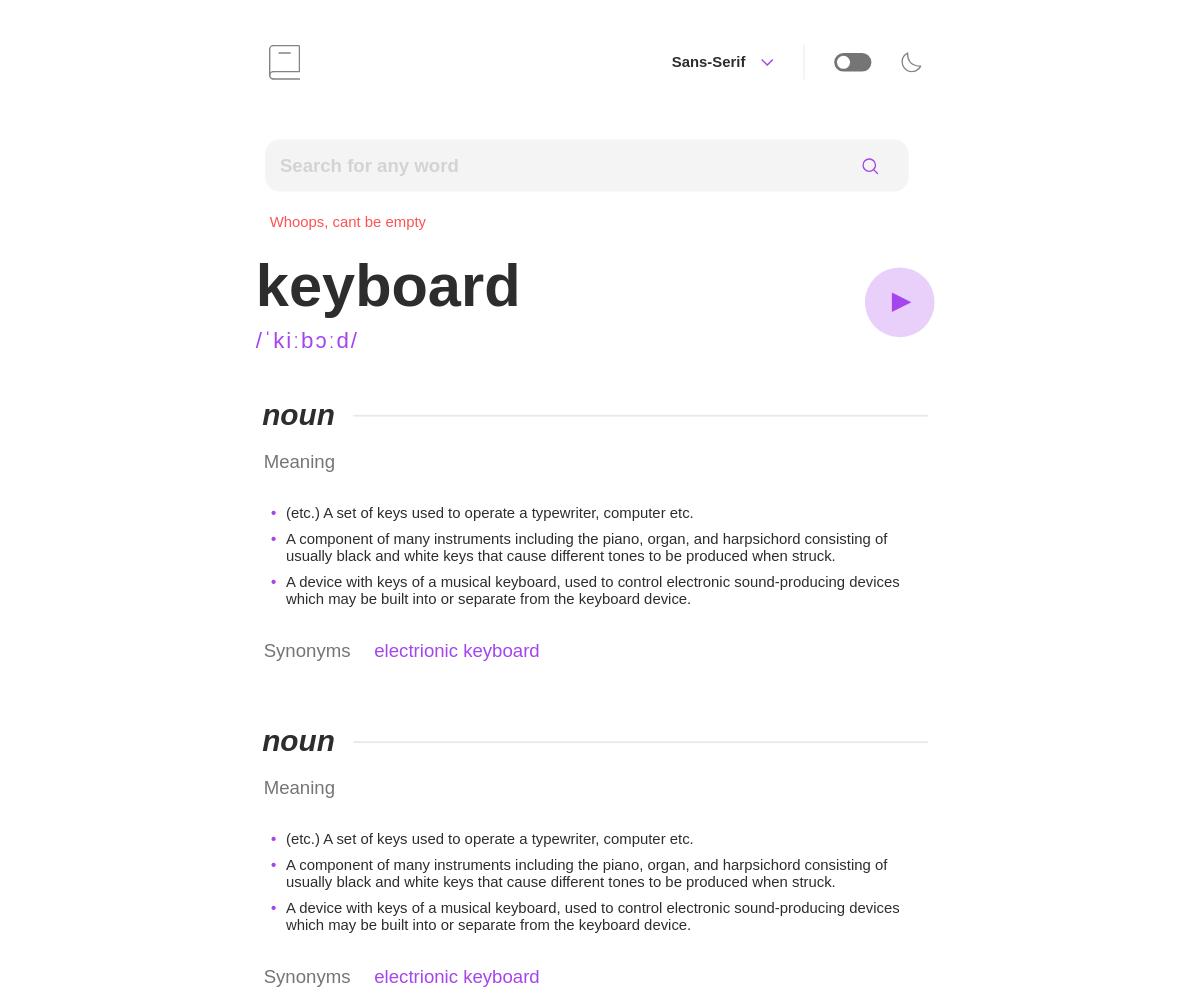
Repository: Arkitecth/dictionary-app
Page: index.html
An editor plug-in stored every save of this project. The page is shown before and after the next save, followed by the edit.
The browser window is 1280 px wide. The pictures show the whole page, at 93% of full size.

Above is the page before, as saved 2023-07-21 17:44:40.

After the next save:
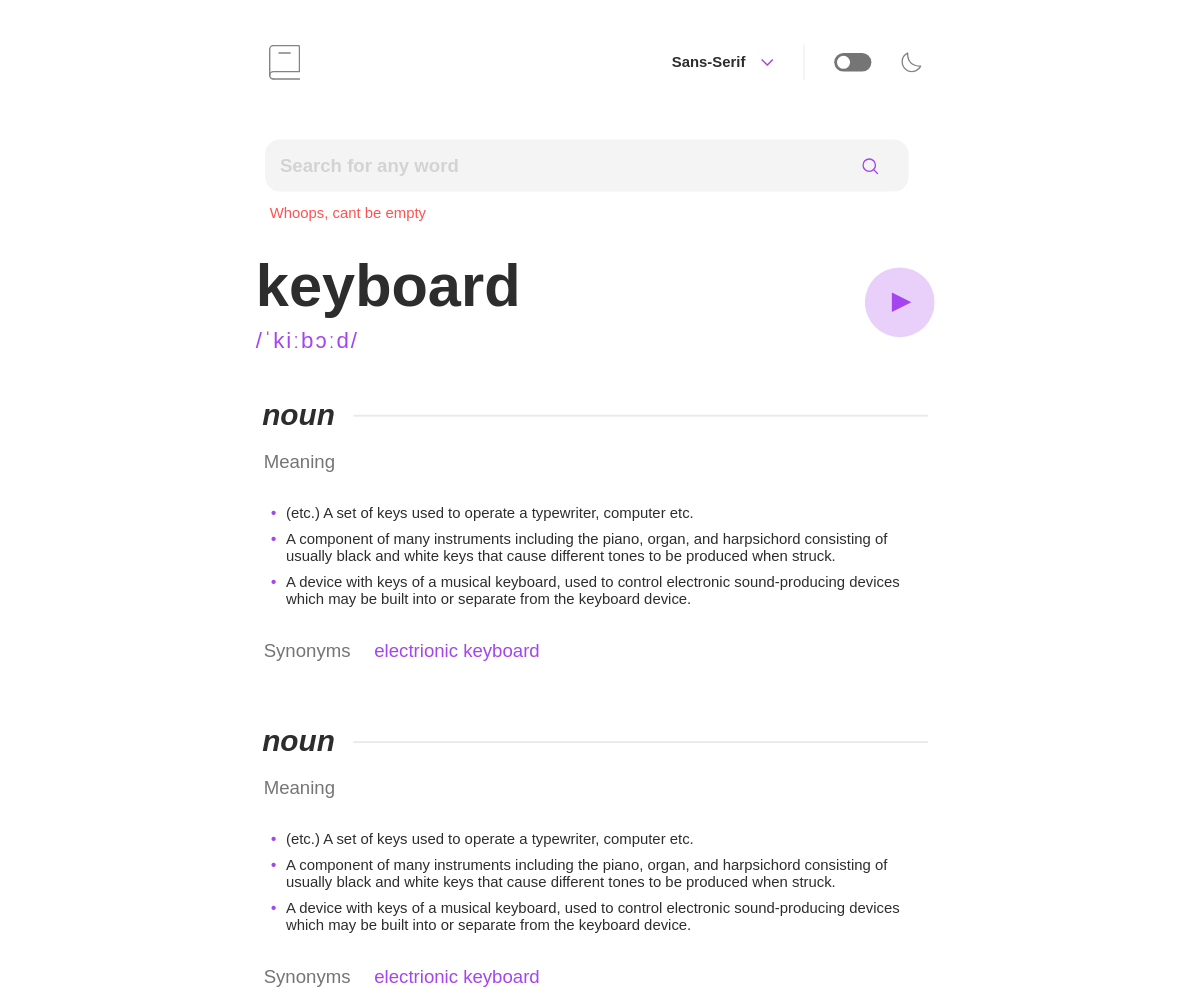
Saved 6 s later.
--- a/styles.css
+++ b/styles.css
@@ -290,7 +290,7 @@
 .empty {
     color: var(--red);
     position: absolute;
-    top: 80px;
+    top: 70px;
     left: 200px;
 }
 
